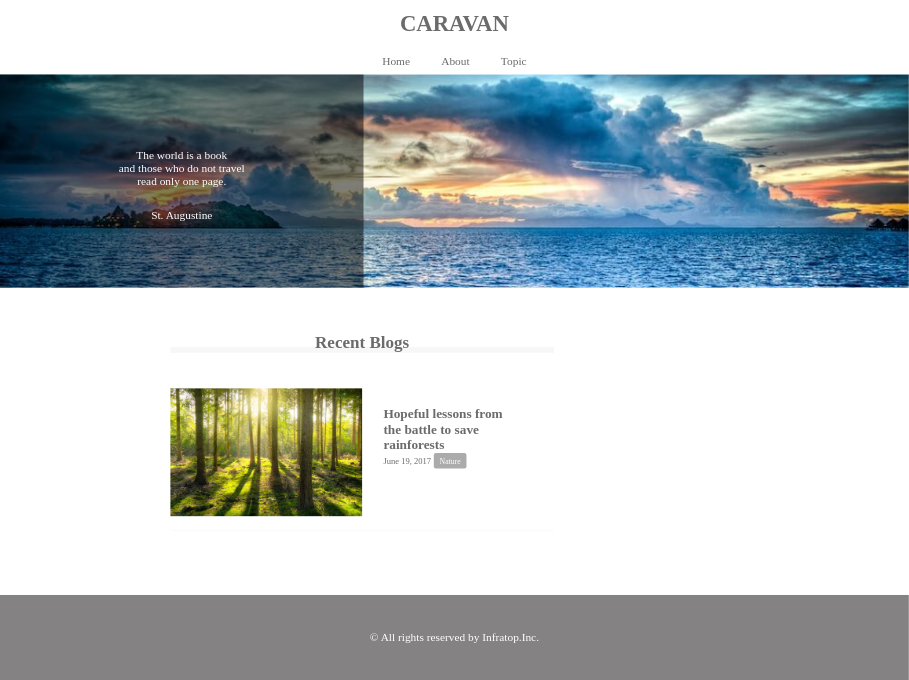
Repository: ochi11/html-practice
Page: caravan/index.html
The author's editor kept a record of every edit. The page is drawn from the files as they stood at one moment, then again after the next edit.
The browser window is 1280 px wide. The pictures show the whole page, at 71% of full size.

Above is the page before.

### caravan/index.html
<!DOCTYPE html>
<html lang="ja">
  <head>
    <meta charset="UTF-8" />
    <!-- CSSファイルの読み込み -->
    <link rel="stylesheet" href="style.css" />
    <title>CARAVAN</title>
  </head>

  <body>
        <!-- header -->
    <header>
      <h1 class="heading">
        <a href="https://infratop.jp">
        CARAVAN
        </a>
      </h1>
    </header>

    <nav>
      <ul class="nav-list">
        <li class="nav-list-item">
          <a href="index.html">Home</a>
        </li>
        <li class="nav-list-item">About</li>
        <li class="nav-list-item">Topic</li>
      </ul>
    </nav>

    <!-- main-visual用のdiv -->
    <div class="main-visual">
      <div class="main-visual-content">
                <!-- pタグ（と文字）を追加 -->
           <p class="main-visual-text">
          The world is a book<br />
          and those who do not travel<br />
          read only one page.
        </p>
        <p class="main-visual-name">
          St. Augustine
        </p>
      </div>
    </div>

    <!-- main用のdiv -->
    <main>
      <section class="blog">
        <h2 class="blog-heading">Recent Blogs</h2>
        <div class="blog-box">
         <div class="blog-item">
          <img class="blog-image" src="img/forest.jpg">
          <section class="blog-text">
            <h3>
              <a href="single.html">
                Hopeful lessons from<br>
                the battle to save<br>
                rainforests
              </a>
            </h3>
            <p class="blog-date">June 19, 2017</p>
            <span class="category">Nature</span>
          </section>
          </div>
        </div>
      </section>
      <div class="sidebar"></div>
    </main>

        <!-- footer -->
    <footer>
      <p class="footer-text">© All rights reserved by Infratop.Inc.</p>
    </footer>

  </body>
</html>

### caravan/style.css
/* ブラウザがそれぞれ持っているCSSをリセットするための記述 */
* {
  margin: 0;
  padding: 0;
  box-sizing: border-box;
  color: #6c6b6b;
}

a {
  text-decoration: none;
}

header {
  width: 90%; /* 横幅90% */
  padding: 15px 0;
  margin: 0 auto;
  text-align: center;
}

header .heading {
  font-size: 32px;
}

.nav-list {
  text-align: center;
  padding: 10px 0;
  margin: 0 auto;
}

.nav-list-item {
  list-style: none;
  display: inline-block;
  margin: 0 20px;
}

.main-visual {
  width: 100%; /* 横幅いっぱい */
  height: 300px; /* 高さ300px */
  background-image: url(img/mv.jpg);
  background-size: cover; /* 縦横比を維持したまま背景領域を埋め尽くす */
  background-position: center; /* 背景画像を中央に配置 */
}

.main-visual-content {
  width: 40%; /* 横幅40% */
  /* width: 350px; /* 横幅350px */
  height: 300px; /* 親の高さに揃える */
  background-color: rgba( 0, 0, 0, 0.5); /* 背景色を半透明の黒にする */
  text-align: center; /* 文字を中央揃えにする */
  padding-top: 105px; /* 上側の内側余白で垂直方向の位置を調整 */
}

.main-visual-text {
  color: #fff; /* 文字色を白に変更 */
}

.main-visual-name {
  margin-top: 30px; /* 上側の外側の余白 */
  color: #fff; /* 文字色を白に変更 */
}

main {
  width: 800px;
  display: flex;
  justify-content: center;
  margin: 0 auto;
  padding: 70px 0;
}

.blog {
 /* width: 600px; /* 横幅600px */
 /* height: 1400px; /* 高さ1400px */
 width: 540px;
 margin-right: 30px;
}

.blog-heading {
  border-bottom: 8px solid #f7f7f7;
  text-align: center;
  line-height: 0.6;
}

.blog-box {
  padding-top: 50px;
}

.blog-item {
  padding-bottom: 20px;
  margin-bottom: 20px;
  border-bottom: 1px solid #f7f7f7;
  display: flex;
  justify-content: flex-start;
}

.blog-image {
  height: 180px;
}

.blog-text {
  padding: 25px 0 0 30px;
}

.blog-text-heading {
  padding-bottom: 15px;
}

.blog-date {
  font-size: 12px;
  display: inline-block;
}

.category {
  display: inline-block;
  padding: 5px 8px;
  background-color: #acabab;
  border-radius: 3px;
  color: #fff;
  font-size: 11px;
}

.sidebar {
  /*width: 240px; /* 横幅240px */
  /*height: 1400px; /* 高さ1400px */
  width: 230px;
}

.pagination {
  text-align: center;
  padding-top: 50px;
}

.pagination p {
  display: inline-block;
  width: 30px;
  height: 30px;
  margin: 0 5px;
  color: #fff;
  background-color: #acabab;
  border-radius: 3px;
  line-height: 30px;
}

.common-heading {
  border-bottom: 8px solid #f7f7f7;
  text-align: center;
  line-height: 0.6;
}

.sidebar-contents {
  padding: 50px 0;
}

.popular-text,
.category-text {
  padding-bottom: 5px;
  border-bottom: 1px solid #f7f7f7;
  margin-bottom: 5px;
}

.popular-text:last-child,
.category-text:last-child {
  margin: 0;
  padding: 0;
  border: none;
}

.instagram .sidebar-contents {
  display: flex;
  flex-wrap: wrap;
}

.instagram-box {
  width: 110px;
  padding-top: 110px;
  background-size: cover;
  background-position: center;
  margin-bottom: 10px;
}

.instagram-box:nth-child(odd) {
  margin-right: 10px;
}

.instagram-box:nth-child(1) {
  background-image: url(img/airport.jpg);
}

.instagram-box:nth-child(2) {
  background-image: url(img/japan.jpg);
}

.instagram-box:nth-child(3) {
  background-image: url(img/snow.jpg);
}

.instagram-box:nth-child(4) {
  background-image: url(img/japan2.jpg);
}

.instagram-box:nth-child(5) {
  background-image: url(img/lake.jpg);
}

.instagram-box:nth-child(6) {
  background-image: url(img/road.jpg);
}

footer {
  width: 100%;
  height: 120px;
  text-align: center;
  line-height: 120px;
  background-color: #848282;
}

.footer-text {
  color: #fff;
}

After the next edit:
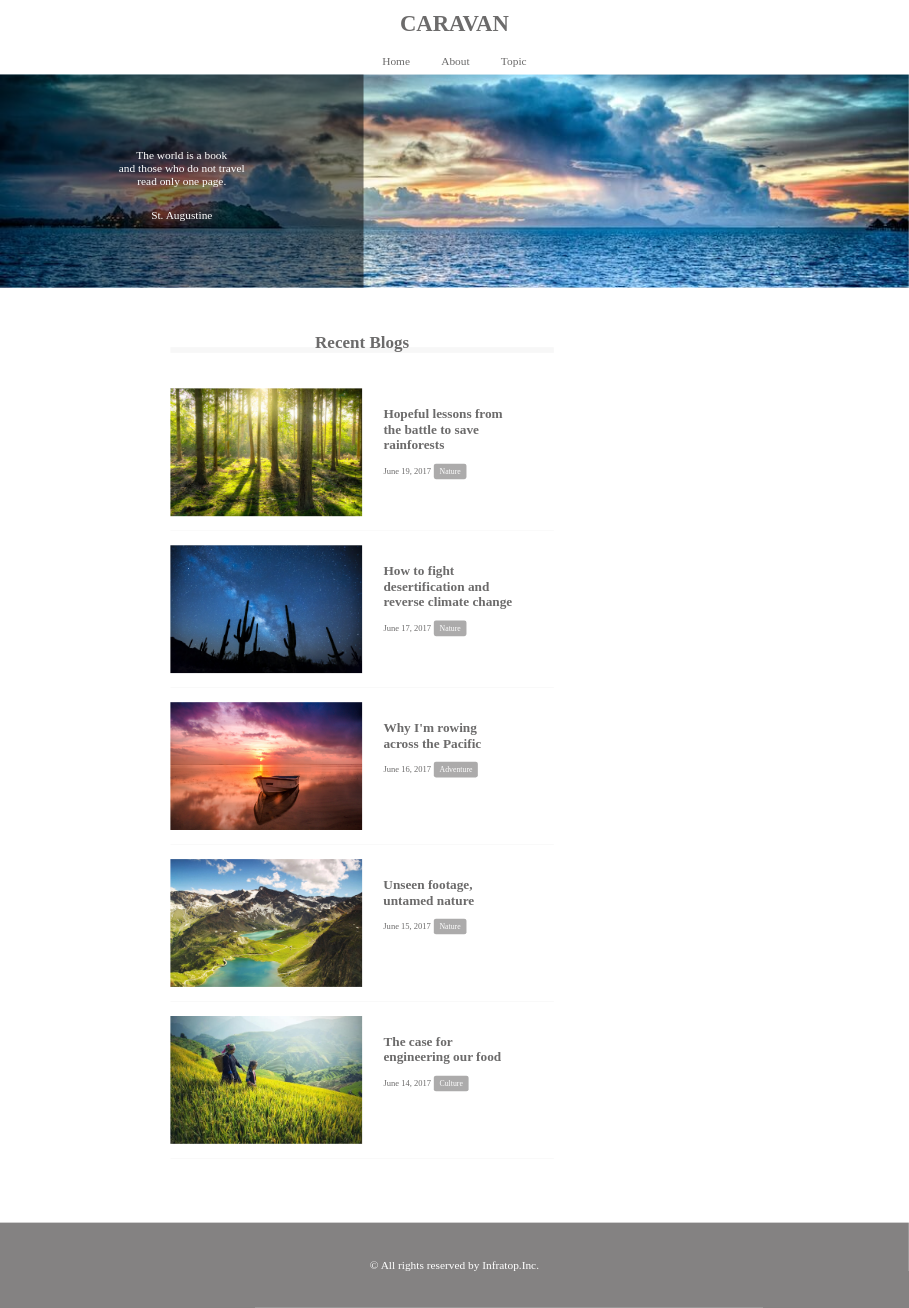
The edit:
--- a/caravan/index.html
+++ b/caravan/index.html
@@ -47,19 +47,72 @@
       <section class="blog">
         <h2 class="blog-heading">Recent Blogs</h2>
         <div class="blog-box">
-         <div class="blog-item">
-          <img class="blog-image" src="img/forest.jpg">
-          <section class="blog-text">
-            <h3>
-              <a href="single.html">
-                Hopeful lessons from<br>
-                the battle to save<br>
-                rainforests
-              </a>
-            </h3>
-            <p class="blog-date">June 19, 2017</p>
-            <span class="category">Nature</span>
-          </section>
+          <div class="blog-item">
+            <img class="blog-image" src="img/forest.jpg" />
+            <section class="blog-text">
+              <h3 class="blog-text-heading">
+                <a href="single.html">
+                  Hopeful lessons from<br />
+                  the battle to save<br />
+                  rainforests
+                </a>
+              </h3>
+              <p class="blog-date">June 19, 2017</p>
+              <span class="category">Nature</span>
+            </section>
+          </div>
+          <div class="blog-item">
+            <img class="blog-image" src="img/desert.jpg" />
+            <section class="blog-text">
+              <h3 class="blog-text-heading">
+                <a href="single.html">
+                  How to fight<br />
+                  desertification and<br />
+                  reverse climate change
+                </a>
+              </h3>
+              <p class="blog-date">June 17, 2017</p>
+              <span class="category">Nature</span>
+            </section>
+          </div>
+          <div class="blog-item">
+            <img class="blog-image" src="img/sunset.jpg" />
+            <section class="blog-text">
+              <h3 class="blog-text-heading">
+                <a href="single.html">
+                  Why I'm rowing<br />
+                  across the Pacific
+                </a>
+              </h3>
+              <p class="blog-date">June 16, 2017</p>
+              <span class="category">Adventure</span>
+            </section>
+          </div>
+          <div class="blog-item">
+            <img class="blog-image" src="img/italy.jpg" />
+            <section class="blog-text">
+              <h3 class="blog-text-heading">
+                <a href="single.html">
+                  Unseen footage,<br />
+                  untamed nature
+                </a>
+              </h3>
+              <p class="blog-date">June 15, 2017</p>
+              <span class="category">Nature</span>
+            </section>
+          </div>
+          <div class="blog-item">
+            <img class="blog-image" src="img/asia.jpg" />
+            <section class="blog-text">
+              <h3 class="blog-text-heading">
+                <a href="single.html">
+                  The case for<br />
+                  engineering our food
+                </a>
+              </h3>
+              <p class="blog-date">June 14, 2017</p>
+              <span class="category">Culture</span>
+            </section>
           </div>
         </div>
       </section>
